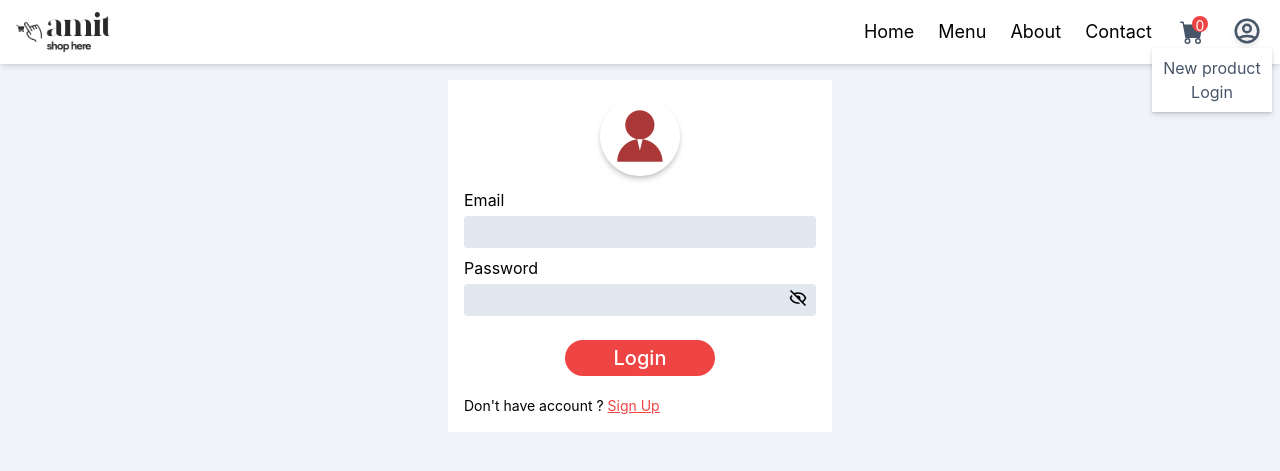
Repository: Lehuyhuynh/Web_ban_hoa_qua
Page: /login (app in frontend/), after clicking the first element matching `div.flex > :nth-child(3)`
The author's editor kept a copy of each file at every save. The page is drawn from the files as they stood at one save, then again after the next save.
The browser window is 1280 px wide. The pictures show the whole page.
The project was rebuilt for these pictures with package versions that can differ from the ones it lists, and the page was loaded fresh each time. Also part of the build but not shown: frontend/src/page/Home.js, frontend/src/page/Menu.js, frontend/src/page/About.js, frontend/src/page/Contact.js, frontend/src/utility/ImagetoBase64.js, frontend/src/page/Newproduct.js, frontend/src/page/Signup.js.

Above is the page before, as saved 2024-01-05 16:39:35.

### frontend/src/index.js
import React from "react";
import ReactDOM from "react-dom/client";
import "./index.css";
import App from "./App";
import reportWebVitals from "./reportWebVitals";
import {
  createBrowserRouter,
  createRoutesFromElements,
  Route,
  RouterProvider,
} from "react-router-dom";

import Home from "./page/Home";
import Menu from "./page/Menu";
import About from "./page/About";
import Contact from "./page/Contact";
import Login from "./page/login";
import NewProduct from "./page/Newproduct";
import Signup from "./page/Signup";
import { store } from "./redux/index";
import { Provider } from "react-redux";

const router = createBrowserRouter(
  createRoutesFromElements(
    <Route path="/" element={<App />}>
      <Route index element={<Home />} />
      <Route path="menu" element={<Menu />} />
      <Route path="about" element={<About />} />
      <Route path="contact" element={<Contact />} />
      <Route path="login" element={<Login />} />
      <Route path="newproduct" element={<NewProduct />} />
      <Route path="signup" element={<Signup />} />
    </Route>
  )
);

const root = ReactDOM.createRoot(document.getElementById("root"));
root.render(
  <Provider store={store}>
    <RouterProvider router={router} />
  </Provider>
);

// If you want to start measuring performance in your app, pass a function
// to log results (for example: reportWebVitals(console.log))
// or send to an analytics endpoint. Learn more: https://bit.ly/CRA-vitals
reportWebVitals();

### frontend/src/App.js
import Header from "./component/Header";
import { Outlet } from "react-router-dom";
import toast, { Toaster } from "react-hot-toast";

function App() {
  return (
    <>
      <Toaster />
      <div>
        <Header />
        <main className="pt-16 bg-slate-100 min-h-[calc(100vh)]">
          <Outlet />
        </main>
      </div>
    </>
  );
}

export default App;

### frontend/src/page/login.js
import React, { useState } from "react";
import loginSignupImage from "../assest/login-animation (1).gif";
import { BiShow, BiHide } from "react-icons/bi";
import { Link } from "react-router-dom";
import { BsEmojiSmileUpsideDown } from "react-icons/bs";
import { toast } from "react-hot-toast";
import { useNavigate } from "react-router-dom";

import { loginRedux } from "../redux/userSlice";
import { useDispatch, useSelector } from "react-redux";

const Login = () => {
  const [showPassword, setShowPassword] = useState(false);
  const [data, setData] = useState({
    email: "",
    password: "",
  });
  const navigate = useNavigate();

  const userData = useSelector((state) => state);

  const dispatch = useDispatch();

  const handleShowPassword = () => {
    setShowPassword((preve) => !preve);
  };

  const handleOnChange = (e) => {
    const { name, value } = e.target;
    setData((preve) => {
      return {
        ...preve,
        [name]: value,
      };
    });
  };

  const handleSubmit = async (e) => {
    e.preventDefault();
    const { email, password } = data;
    if (email && password) {
      const fetchData = await fetch(
        `${process.env.REACT_APP_SERVER_DOMIN}/login`,
        {
          method: "POST",
          headers: {
            "content-type": "application/json",
          },
          body: JSON.stringify(data),
        }
      );

      const dataRes = await fetchData.json();

      toast(userData.user.firstName + dataRes.message);

      if (dataRes.alert) {
        dispatch(loginRedux(dataRes));
        setTimeout(() => {
          navigate("/");
        }, 1000);
      }
      console.log(userData);
    } else {
      alert("Please Enter required fields");
    }
  };

  return (
    <div className="p-3 md:p-4">
      <div className="w-full max-w-sm bg-white m-auto flex  flex-col p-4">
        {/* <h1 className='text-center text-2xl font-bold'>Sign up</h1> */}
        <div className="w-20 overflow-hidden rounded-full drop-shadow-md shadow-md m-auto">
          <img src={loginSignupImage} className="w-full" />
        </div>

        <form className="w-full py-3 flex flex-col" onSubmit={handleSubmit}>
          <label htmlFor="email">Email</label>
          <input
            type={"email"}
            id="email"
            name="email"
            className="mt-1 mb-2 w-full bg-slate-200 px-2 py-1 rounded focus-within:outline-blue-300"
            value={data.email}
            onChange={handleOnChange}
          />

          <label htmlFor="password">Password</label>
          <div className="flex px-2 py-1 bg-slate-200 rounded mt-1 mb-2 focus-within:outline focus-within:outline-blue-300">
            <input
              type={showPassword ? "text" : "password"}
              id="password"
              name="password"
              className=" w-full bg-slate-200 border-none outline-none "
              value={data.password}
              onChange={handleOnChange}
            />
            <span
              className="flex text-xl cursor-pointer"
              onClick={handleShowPassword}
            >
              {showPassword ? <BiShow /> : <BiHide />}
            </span>
          </div>

          <button className="w-full max-w-[150px] m-auto  bg-red-500 hover:bg-red-600 cursor-pointer  text-white text-xl font-medium text-center py-1 rounded-full mt-4">
            Login
          </button>
        </form>
        <p className="text-left text-sm mt-2">
          Don't have account ?{" "}
          <Link to={"/signup"} className="text-red-500 underline">
            Sign Up
          </Link>
        </p>
      </div>
    </div>
  );
};

export default Login;

### frontend/src/redux/index.js
import { configureStore } from "@reduxjs/toolkit";
import userSliceReducer from "./userSlice";
// import productSlideReducer from "./productSlide";

export const store = configureStore({
  reducer: {
    user: userSliceReducer,
    // product: productSlideReducer,
  },
});

### frontend/src/component/Header.js
import logo from "../assest/logo .png";
import { Link } from "react-router-dom";
import { HiOutlineUserCircle } from "react-icons/hi";
import { BsCartFill } from "react-icons/bs";
import { useState } from "react";
import { useSelector } from "react-redux";
import { useDispatch } from "react-redux";
import { toast } from "react-hot-toast";
import { logoutRedux } from "../redux/userSlice";

function Header() {
  const dispatch = useDispatch();
  const [showMenu, setShowMenu] = useState(false);
  const userData = useSelector((state) => state.user);
  console.log(userData.email);
  const handleShowMenu = () => {
    setShowMenu((preve) => !preve);
  };

  const handleLogout = () => {
    dispatch(logoutRedux());
    toast("Logout successfully");
  };
  console.log(process.env.REACT_APP_ADMIN_EMAIL);
  return (
    <header className="fixed shadow-md w-full h-16 px-2 md:px-4 z-50 bg-white">
      {/* desktop */}

      <div className="flex items-center h-full justify-between">
        <Link to={""}>
          <div className="h-10">
            <img src={logo} className="h-full" />
          </div>
        </Link>

        <div className="flex items-center gap-4 md:gap-7">
          <nav className="gap-4 md:gap-6 text-base md:text-lg hidden md:flex">
            <Link to={""}> Home</Link>
            <Link to={"menu"}> Menu</Link>
            <Link to={"about"}> About</Link>
            <Link to={"contact"}>Contact</Link>
          </nav>

          <div className="text-2xl text-slate-600 relative">
            <BsCartFill />
            <div className="absolute -top-1 -right-1 text-white bg-red-500 h-4 w-4 rounded-full m-0 p-0 text-sm text-center">
              0
            </div>
          </div>
          <div className=" text-slate-600" onClick={handleShowMenu}>
            <div className="text-3xl cursor-pointer w-8 h-8 rounded-full overflow-hidden drop-shadow-md">
              {userData.image ? (
                <img src={userData.image} className="h-full w-full" />
              ) : (
                <HiOutlineUserCircle />
              )}
            </div>

            {showMenu && (
              <div className="absolute right-2 bg-white py-2  shadow drop-shadow-md flex flex-col min-w-[120px] text-center">
                <Link
                  to={"newproduct"}
                  className="whitespace-nowrap cursor-pointer px-2"
                >
                  New product
                </Link>
                {userData.image ? (
                  <p
                    className="cursor-pointer text-white px-2 bg-red-500"
                    onClick={handleLogout}
                  >
                    Logout ({userData.firstName}){" "}
                  </p>
                ) : (
                  <Link
                    to={"login"}
                    className="whitespace-nowrap cursor-pointer px-2"
                  >
                    Login
                  </Link>
                )}
              </div>
            )}
          </div>
        </div>
      </div>
    </header>
  );
}
export default Header;

### frontend/src/redux/userSlice.js
import { createSlice } from "@reduxjs/toolkit";

const initialState = {
  email: "",
  firstName: "",
  image: "",
  lastName: "",
  _id: "",
};

export const userSlice = createSlice({
  name: "user",
  initialState,
  reducers: {
    loginRedux: (state, action) => {
      console.log(action.payload.data);
      console.log(action);
      // state.user = action.payload.data;
      state._id = action.payload.data._id;
      state.firstName = action.payload.data.firstName;
      state.lastName = action.payload.data.lastName;
      state.email = action.payload.data.email;
      state.image = action.payload.data.image;
    },
    logoutRedux: (state, action) => {
      state._id = "";
      state.firstName = "";
      state.lastName = "";
      state.email = "";
      state.image = "";
    },
  },
});

export const { loginRedux, logoutRedux } = userSlice.actions;

export default userSlice.reducer;

Loaded but not shown: frontend/public/index.html (common file); frontend/src/index.css (common file); frontend/src/reportWebVitals.js (common file); frontend/tailwind.config.js (common file)

After the next save:
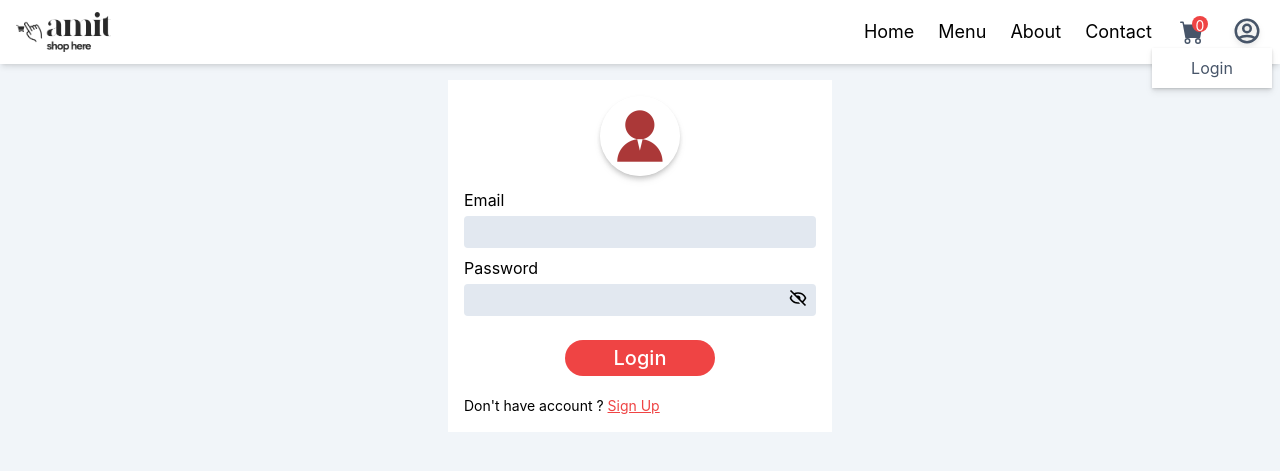
Saved 77 s later.
--- a/frontend/src/component/Header.js
+++ b/frontend/src/component/Header.js
@@ -58,12 +58,15 @@ function Header() {
 
             {showMenu && (
               <div className="absolute right-2 bg-white py-2  shadow drop-shadow-md flex flex-col min-w-[120px] text-center">
-                <Link
-                  to={"newproduct"}
-                  className="whitespace-nowrap cursor-pointer px-2"
-                >
-                  New product
-                </Link>
+                {userData.email === process.env.REACT_APP_ADMIN_EMAIL && (
+                  <Link
+                    to={"newproduct"}
+                    className="whitespace-nowrap cursor-pointer px-2"
+                  >
+                    New product
+                  </Link>
+                )}
+
                 {userData.image ? (
                   <p
                     className="cursor-pointer text-white px-2 bg-red-500"
